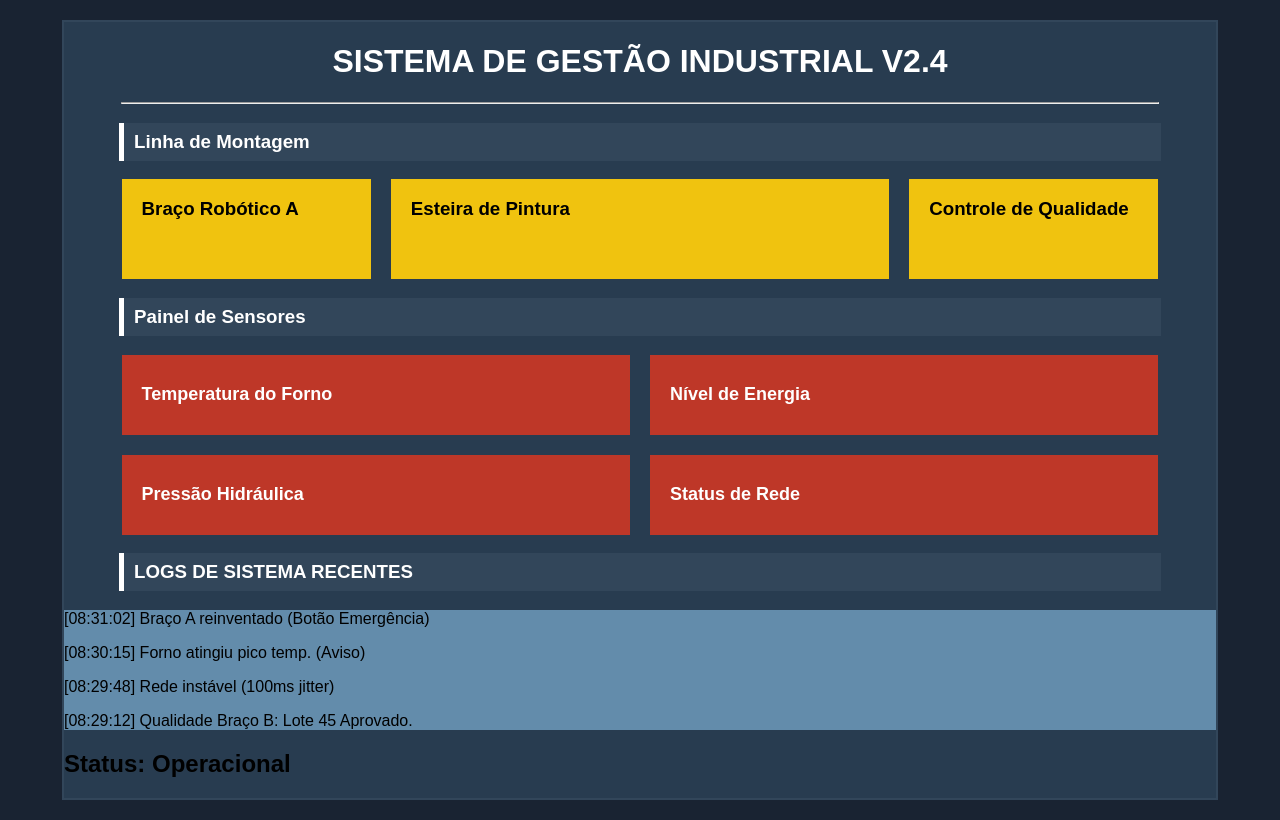
Repository: DanielEDapper/Front-WEG
Page: ProfeIgor/Aula5 - Dashboard Industrial/index.html
These files come from the project's save history. The page is drawn as it stood at one moment and after a run of saves; the edit follows.
The browser window is 1280 px wide. The pictures show the whole page.
Some icons come from a web library that is not loaded, so they are not drawn.

Above is the page before, as saved 2026-05-29 20:03:27.

After the next 2 saves:
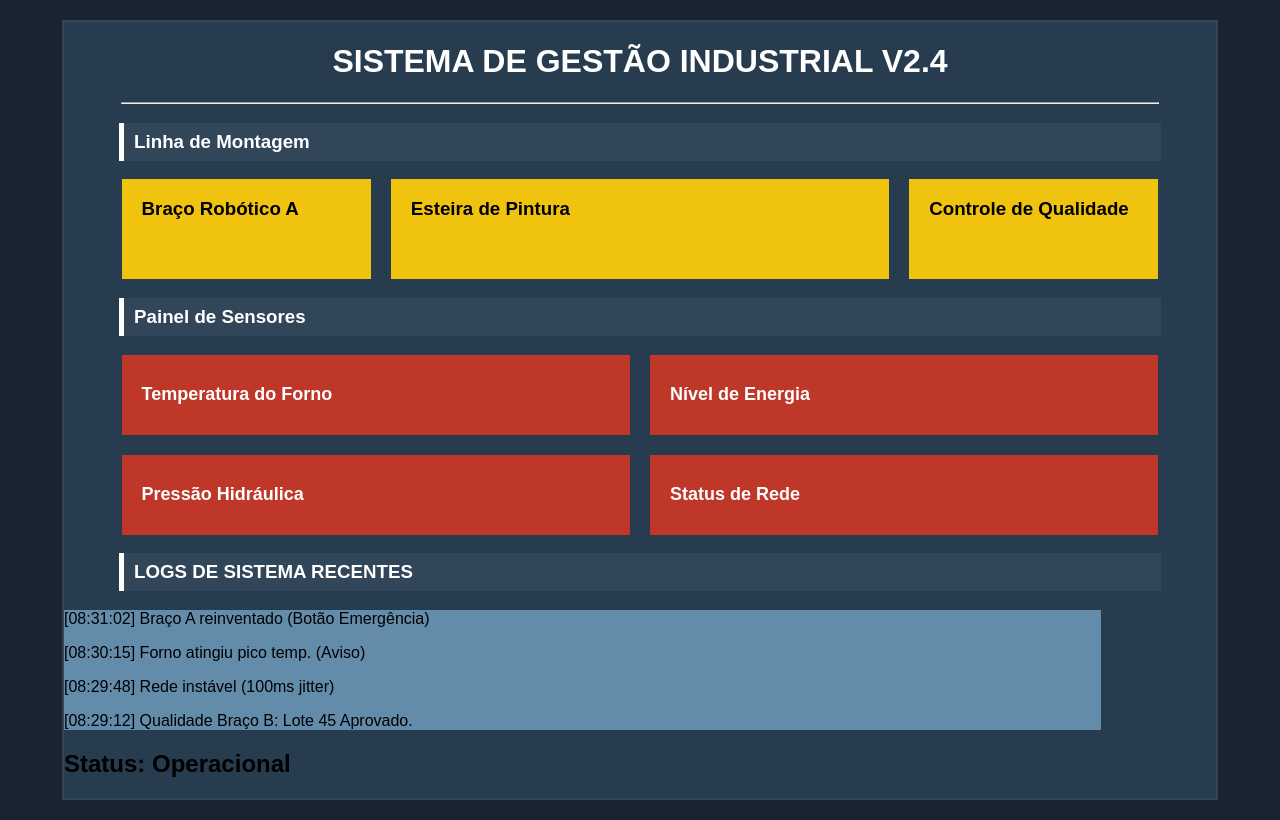
The 2 saves are shown as one change because they came seconds apart.
The last was saved 7 s later.
--- a/ProfeIgor/Aula5 - Dashboard Industrial/style.css
+++ b/ProfeIgor/Aula5 - Dashboard Industrial/style.css
@@ -123,4 +123,5 @@ hr{
 
 .container-logs{
     background-color: var(--accent-blue);
+    width: 90%;
 }
